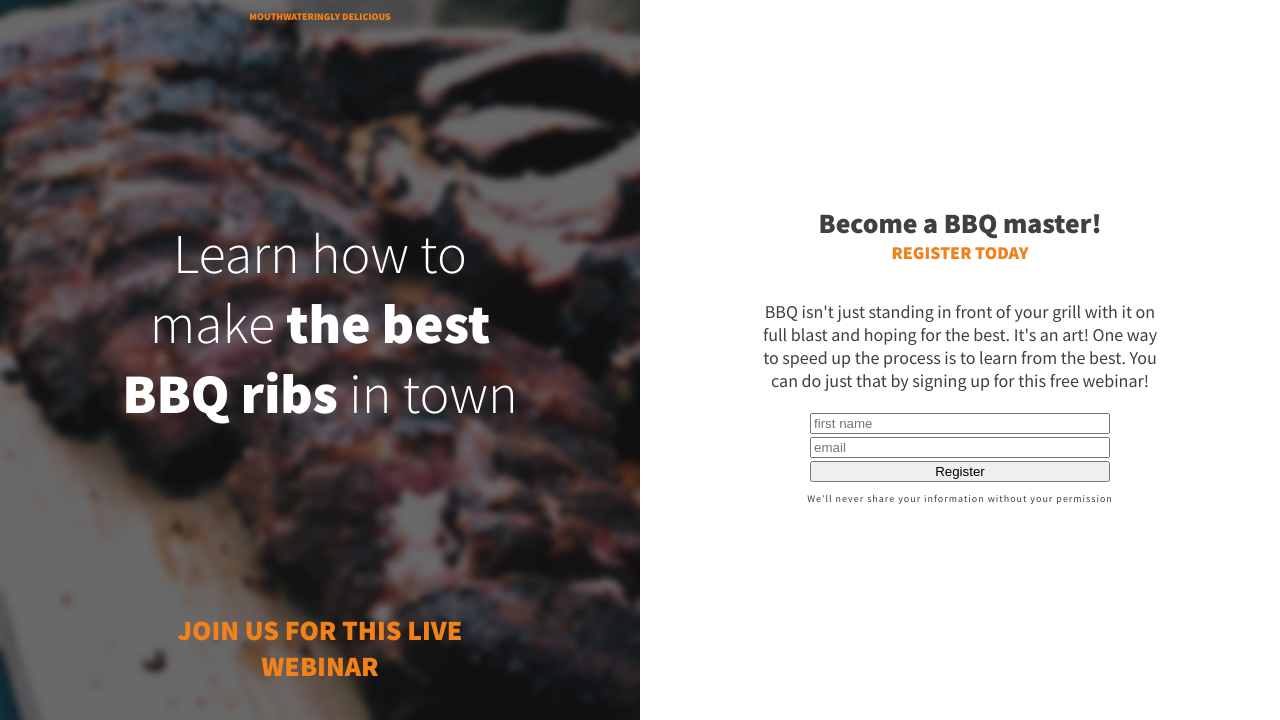
Repository: Doumham-Armah/BBQ-landing-page
Page: index.html
The author's editor kept a copy of each file at every save. The page is drawn from the files as they stood at one save, then again after the next save.
The browser window is 1280 px wide. The pictures show the whole page.

Above is the page before, as saved 2021-09-04 21:28:59.

### index.html
<!DOCTYPE html>
<html lang="en">
  <head>
    <link
      href="https://fonts.googleapis.com/css?family=Source+Sans+Pro:300,400,900&display=swap"
      rel="stylesheet"
    />
    <link href="styles.css" rel="stylesheet" />

    <title>BBQ Page</title>
  </head>

  <body>
    <section class="intro">
      <p class="top-text">Mouthwateringly delicious</p>
      <h1>Learn how to make <strong>the best BBQ ribs</strong> in town</h1>
      <p>Join us for this live webinar</p>
    </section>

    <section class="main-content">
      <h2>Become a BBQ master!</h2>
      <p>Register Today</p>
      <p>
        BBQ isn't just standing in front of your grill with it on full blast and
        hoping for the best. It's an art! One way to speed up the process is to
        learn from the best. You can do just that by signing up for this free
        webinar!
      </p>
      <form class="email-collector" action="#">
        <input type="text" placeholder="first name" required />
        <input type="email" placeholder="email" required />
        <button type="submit" class="btn btn-register">Register</button>
      </form>

      <p class="fine-print">
        We'll never share your information without your permission
      </p>
    </section>
  </body>
</html>

### styles.css
/*  font-family: 'Source Sans Pro', sans-serif;  */

* {
  box-sizing: border-box;
}

body {
  margin: 0;
  font-family: "Source Sans Pro", sans-serif;
  font-size: 1rem;
  color: #404040;
  text-align: center;
}

/* =================
 Typography
 ================= */

h1 {
  font-size: 2.25rem;
  font-weight: 300;
  color: #fff;
  margin: 0;
}

h1 + p {
  color: #f18119;
  font-weight: 900;
  font-size: 1.3125rem;
  text-transform: uppercase;
  margin: 0;
}

h2 {
  font-size: 1.3125rem;
  margin: 0;
}

h2 + p {
  font-weight: 900;
  color: #f18119;
  margin-top: 0;
  text-transform: uppercase;
}

.top-text {
  font-size: 0.625rem;
  color: #f18119;
  font-weight: 900;
  text-transform: uppercase;
  order: -1;
}

.fine-print {
  font-size: 0.625rem;
  letter-spacing: 1px;
}

strong {
  font-weight: 900;
}

/* =================
 Intro section
 ================= */

.intro {
  background-image: url(images/dark-ribs.jpg);
  background-size: cover;
  background-color: #404040;
  background-position: center;
  padding: 0 0.5em 2em;
  display: flex;
  flex-direction: column;
  justify-content: space-between;
  min-height: 50vh;
}

/* =================
 main-content section
 ================= */

.main-content {
  padding: 2em 1em;
}

.intro > *,
.main-content > * {
  max-width: 400px;
  margin-left: auto;
  margin-right: auto;
}

/* =================
   form
   ================= */

.email-collector {
  width: 80%;
  max-width: 300px;
}

input,
.btn {
  width: 100%;
}

/* =================
 media queries
 ================= */

@media (min-width: 500px) {
  body {
    font-size: 1.125rem;
    display: flex;
  }

  h1 {
    font-size: 3.5rem;
  }

  h2,
  h1 + p {
    font-size: 1.75rem;
  }

  .intro,
  .main-content {
    width: 50%;
    min-height: 100vh;
  }

  .main-content {
    display: flex;
    flex-direction: column;
    justify-content: center;
  }
}

After the next save:
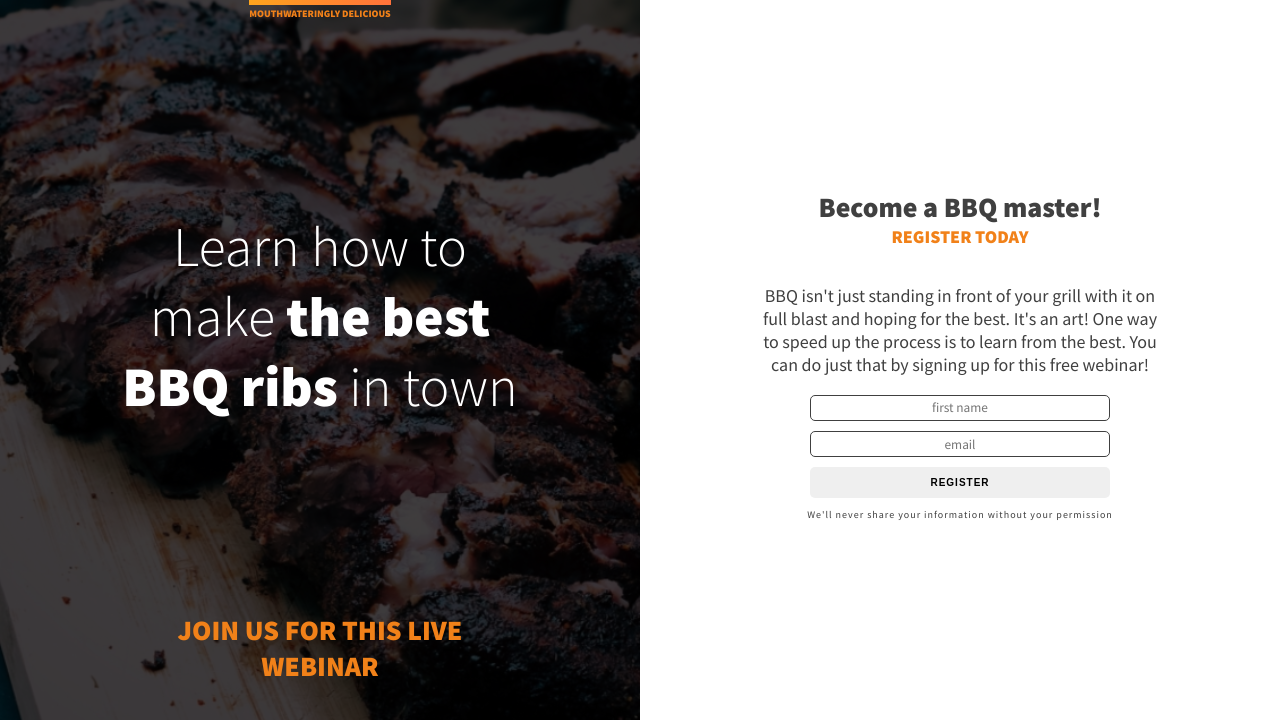
Saved 76 min 51 s later.
--- a/styles.css
+++ b/styles.css
@@ -45,10 +45,14 @@ h2 + p {
 
 .top-text {
   font-size: 0.625rem;
+  margin: 0;
+  padding-top: 2px;
   color: #f18119;
   font-weight: 900;
   text-transform: uppercase;
   order: -1;
+  border-top: 5px solid #f18119;
+  border-image: linear-gradient(to left, #ff713b, #ffa51d) 1;
 }
 
 .fine-print {
@@ -65,9 +69,10 @@ strong {
  ================= */
 
 .intro {
-  background-image: url(images/dark-ribs.jpg);
+  background-image: url(images/ribs.jpg);
+  background-color: #404040;
+  background-blend-mode: multiply;
   background-size: cover;
-  background-color: #404040;
   background-position: center;
   padding: 0 0.5em 2em;
   display: flex;
@@ -92,8 +97,8 @@ strong {
 }
 
 /* =================
-   form
-   ================= */
+ form
+ ================= */
 
 .email-collector {
   width: 80%;
@@ -103,6 +108,44 @@ strong {
 input,
 .btn {
   width: 100%;
+  border-radius: 5px;
+}
+
+input {
+  font-family: inherit;
+  text-align: inherit;
+  margin-bottom: 0.75em;
+  padding: 0.25em;
+  border: 1px solid #404040;
+  transform: scale(1);
+  transition: transform 250ms;
+}
+
+input:focus {
+  transform: scale(1.1);
+}
+
+.btn {
+  display: inline-block;
+  padding: 1em 1.5em;
+  font-size: 0.625rem;
+  text-transform: uppercase;
+  font-weight: 900;
+  letter-spacing: 1px;
+  border: 0;
+  cursor: pointer;
+}
+
+.btn-primary {
+  background-image: linear-gradient(to left, #ff713b, #ffa51d);
+  color: white;
+  transform: scale(1);
+  transition: transform 250ms;
+}
+
+.btn-primary:hover,
+.btn-primary:focus {
+  transform: scale(1.1);
 }
 
 /* =================
